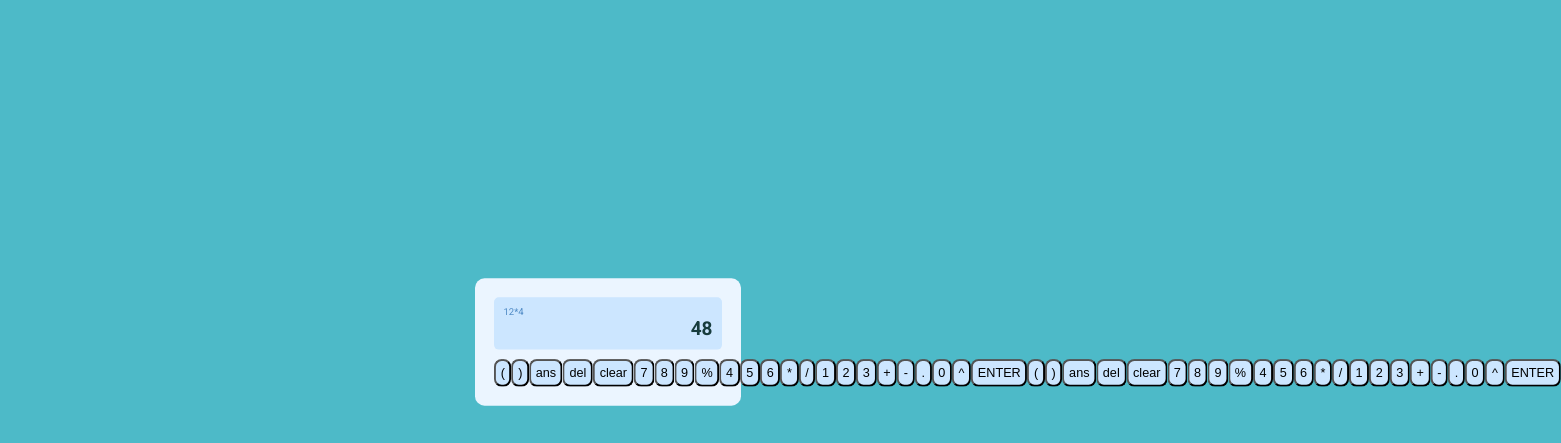
Repository: Herinyhert/Calculate-infix-a-postfix
Page: index.html
These files come from the project's save history. The page is drawn as it stood at one moment and after a run of saves; the edit follows.
The browser window is 1280 px wide. The page is 1643 px wide, then 1381 px, so the pictures cover 1643 px, including what lies to the right of the window. The pictures show the whole page, at 95% of full size.

Above is the page before, as saved 2023-11-02 19:22:24.

After the next 2 saves:
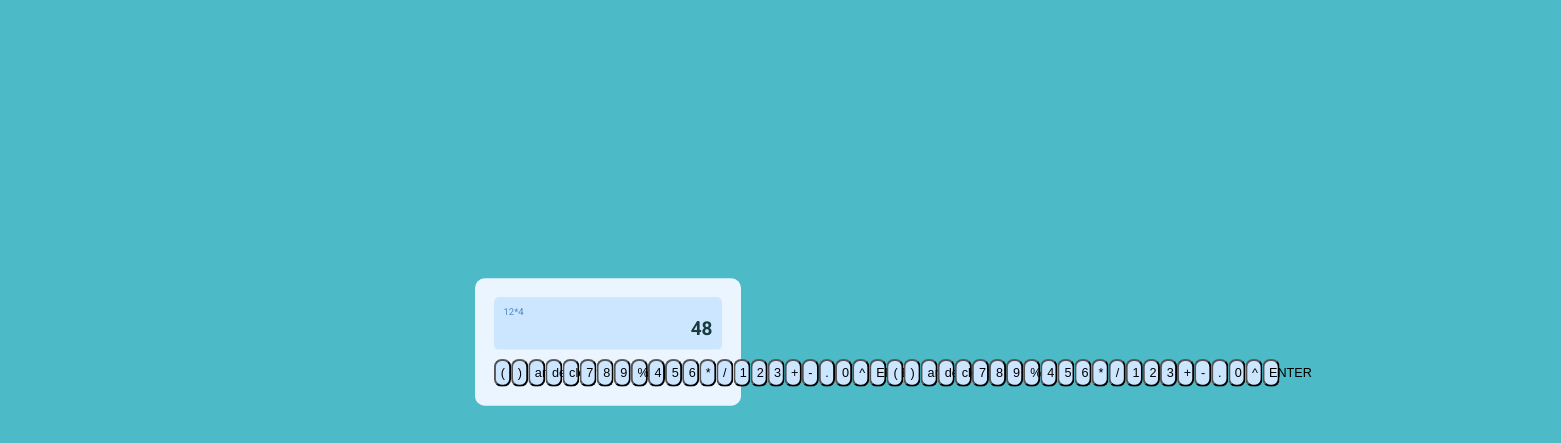
The 2 saves are shown as one change because they came seconds apart.
The last was saved 7 s later.
--- a/css/index.css
+++ b/css/index.css
@@ -41,5 +41,5 @@ body{
     background-color: #cce6ff;
     padding: 5px;
     border-radius: 8px;
-    wid
+    width: 18;
 }
